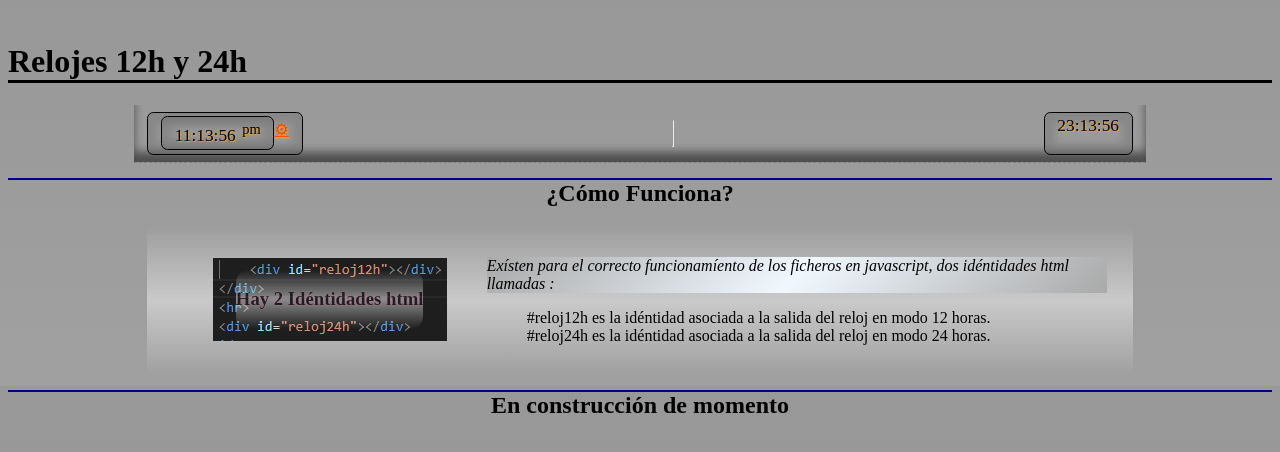
Repository: marcostonfor/clocks
Page: index.html
These files come from the project's save history. The page is drawn as it stood at one moment and after a run of saves; the edit follows.
The browser window is 1280 px wide. The pictures show the whole page.

Above is the page before, as saved 2024-09-18 23:38:32.

### index.html
<!DOCTYPE html>
<html lang="ca-ES, en-US">

<head>
    <meta charset="utf-8">
    <meta name="viewport" content="width=device-width, initial-scale=1">
    <title>relojes</title>
    <style>

        body {
            background-image: repeating-linear-gradient(0deg, hsla(0, 0%, 41%, 0.63) 12%, hsla(0, 0%, 0%, 0.404));
        }

        h1 {
            margin-top: 6vh;
            border-bottom: 0.3vw solid black;
        }

        #dosRelojes {
            width: 80%;
            height: auto;
            margin: 2vh auto;
            padding: 1vh 1vw;
            display: flex;
            border-bottom: 0.1vw dashed gray;
            /* box-shadow: inset -0.2vh 0 06px hsl(41, 100%, 50%); */
            box-shadow: inset 0 -10px 10px rgba(0, 0, 0, 0.5);
        }

        summary::marker {
            content: none !important;
        }

        summary {
            cursor: pointer !important;
            color: orangered;
            text-decoration: underline;
            margin: 0.5vh auto;
            font-size: 12pt;
        }

        #caja12h {
            display: flex;
        }

        h2 {
            text-align: center;
            margin-top: 2vh;
            border-top: 0.2vw solid darkblue;
        }

        #identidades_principales {
            display: flex;
            justify-content: space-around;
            align-items:last baseline;
            padding: 2vh 2vw;
            width: 78%;
            margin: auto auto;
            background-image: repeating-linear-gradient(0deg, transparent, hsla(0, 0%, 96%, 0.5), transparent);
            border-radius: 0.755vw;
        }

        .conFoto figure {
            position: relative;
            display: flex;
            align-items: center;
            justify-content: center;
        }

        .conFoto figure figcaption {
            position: absolute;
            border-radius: 1vw;
            text-shadow: 0 0 1px hotpink;
            background-image:  repeating-linear-gradient(0deg, transparent, hsla(0, 0%, 96%, 0.5), transparent);
            mix-blend-mode: screen;
        }

        .conTexto p {
            width: fit-content;
            height: auto;
            background-image: repeating-linear-gradient(132deg, darkgray, aliceblue, darkgray);
        }
    </style>
</head>

<body>
    <header>
        <h1>Relojes 12h y 24h</h1>
        <aside id="dosRelojes">
            <div id="caja12h">
                <div id="reloj12h"></div>
            </div>
            <hr>
            <div id="reloj24h"></div>
        </aside>
        <nav></nav>
    </header>
    <main>
        <h2>¿Cómo Funciona?</h2>
        <section id="identidades_principales">
            <article class="conFoto">
                <figure>
                    <img src="./img/identidades.png" alt="foto de las id principales">
                <figcaption><h3>Hay 2 Idéntidades html</h3></figcaption>
                </figure>
            </article>
            <article class="conTexto">
                <p>
                    <cite>Exísten para el correcto funcionamíento de los ficheros en javascript, dos idéntidades html
                        llamadas :</cite>
                <blockquote>
                    #reloj12h es la idéntidad asociada a la salida del reloj en modo 12 horas.
                    <br>
                    #reloj24h es la idéntidad asociada a la salida del reloj en modo 24 horas.
                </blockquote>
                </p>
            </article>
        </section>
    </main>
    <h2>En construcción de momento</h2>
    <script type="module" src="./relojes.js"></script>
</body>

</html>

### relojes.js

import { estilosPersonales } from './archivoEstilos.js';
import { conf12h } from './archivoConfiguracion.js';
function laHora() {
	const Reloj = class {
		constructor(formato, salida) {
			this.ahora = new Date();
			this.reloj = {
				hora: this.ahora.getHours(),
				minuto: this.ahora.getMinutes(),
				segundo: this.ahora.getSeconds()
			};
			this._formato = formato;
			this._salida = salida;
		}

		get formato() {
			return this._formato;
		}

		get salida() {
			return this._salida;
		}

		set formato(horaActual) {
			this._formato = horaActual;
		}

		set salida(output) {
			this._salida = output;
		}

		anyadirCero(formatear) {
			return formatear <= 9 ? "0" + formatear : formatear;
		}

		_12h() {
			let horas = this.reloj.hora % 12;
			if (horas === 0) horas = 12;
			const amOpm = this.reloj.hora >= 12 ? "pm" : "am";
			this._formato = `${this.anyadirCero(horas)}:${this.anyadirCero(this.reloj.minuto)}:${this.anyadirCero(this.reloj.segundo)}<sup>${amOpm}</sup>`;
			return this._formato;
		}

		_24h() {
			this._formato = `${this.anyadirCero(this.reloj.hora)}:${this.anyadirCero(this.reloj.minuto)}:${this.anyadirCero(this.reloj.segundo)}`;
			return this._formato;
		}
	};

	const laSalida = () => {
		const salida = document.getElementById("reloj12h");
		const salida24h = document.getElementById("reloj24h");
		const doceHoras = new Reloj();
	//	salida.innerHTML = doceHoras._12h();
	//	salida24h.innerHTML = doceHoras._24h();

 // Verifica si existe el elemento #reloj12h
 if (salida) {
	salida.innerHTML = doceHoras._12h();
	conf12h(); // Llamada a la función conf12h() si el elemento existe
}

// Verifica si existe el elemento #reloj24h
if (salida24h) {
	salida24h.innerHTML = doceHoras._24h();
}


	function estiloscss(estilosPersonales) {

		const estils = document.createElement('STYLE');
		estils.textContent = `
* {
    box-sizing: border-box;
}

div {
    text-align: center;
    width: fit-content;
    border: 0.1vw solid black;
    font-size: 13pt;
    padding: 0.5vh 1vw;
    box-shadow: inset 0 0 10px 10px hsla(0, 0%, 41%, 0.397);
    font-family: 'Comic Sans MS';
    color: black;
    text-shadow: 0.1vh 0.1vw 1px orange;
    border-radius: 0.5vw;
}


sup {
    margin-left: 0.5vw !important;
}
	`;
		if (estilosPersonales) {
			estils.textContent += estilosPersonales;
		}


		document.head.appendChild(estils);
}

	// Llamada a la función con estilos adicionales
	estiloscss(estilosPersonales);


	};

// estiloscss();
return setInterval(laSalida, 1000);
}
laHora();

### archivoEstilos.js
export const estilosPersonales = `

    `;

### archivoConfiguracion.js
export function conf12h() {
    const config = document.createElement('DETAILS');
    const summary = document.createElement('SUMMARY');
    summary.innerHTML = `&#9881;`;
    config.appendChild(summary);

    // Verificar si el checkbox ya existe
    if (!document.getElementById('miCheckbox')) {
        const checkbox = document.createElement('input');
        checkbox.type = 'checkbox';
        checkbox.id = 'miCheckbox';
        checkbox.checked = true; // Mostrar <sup> por defecto

        const label = document.createElement('label');
        label.htmlFor = 'miCheckbox'; // Asegúrate de que coincida con el id del checkbox
        label.textContent = 'Ver "am" "pm"';

        // Crear un elemento <style> para manejar la visibilidad de <sup>
        let estils = document.getElementById('dynamicStyles');
        if (!estils) {
            estils = document.createElement('style');
            estils.id = 'dynamicStyles';
            document.head.appendChild(estils);
        }

        // Función para actualizar el estilo de <sup>
        const updateSupVisibility = () => {
            if (checkbox.checked) {
                estils.textContent = `
                    sup {
                        display: inline !important;
                    }
                `;
            } else {
                estils.textContent = `
                    sup {
                        display: none !important;
                    }
                `;
            }
        };

        // Inicializar el estilo de <sup>
        updateSupVisibility();

        // Agregar un evento al checkbox para alternar la visibilidad de <sup>
        checkbox.addEventListener('change', updateSupVisibility);

        const mostrarConfiguracion = document.getElementById('caja12h');
        // Agregar el checkbox y el label al cuerpo del documento
        label.appendChild(checkbox);
        config.appendChild(label);
        mostrarConfiguracion.appendChild(config);
    }
}

After the next 2 saves:
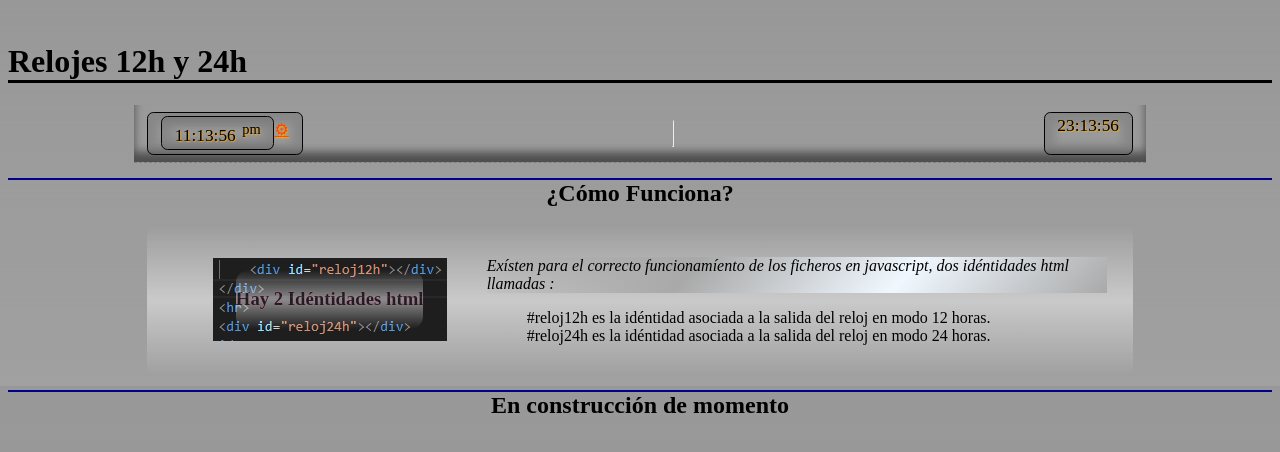
The 2 saves are shown as one change because they came seconds apart.
The last was saved 17 s later.
--- a/index.html
+++ b/index.html
@@ -78,7 +78,7 @@
         .conTexto p {
             width: fit-content;
             height: auto;
-            background-image: repeating-linear-gradient(132deg, darkgray, aliceblue, darkgray);
+            background-image: repeating-linear-gradient(132deg, transparent, darkgray, aliceblue, darkgray);
         }
     </style>
 </head>
